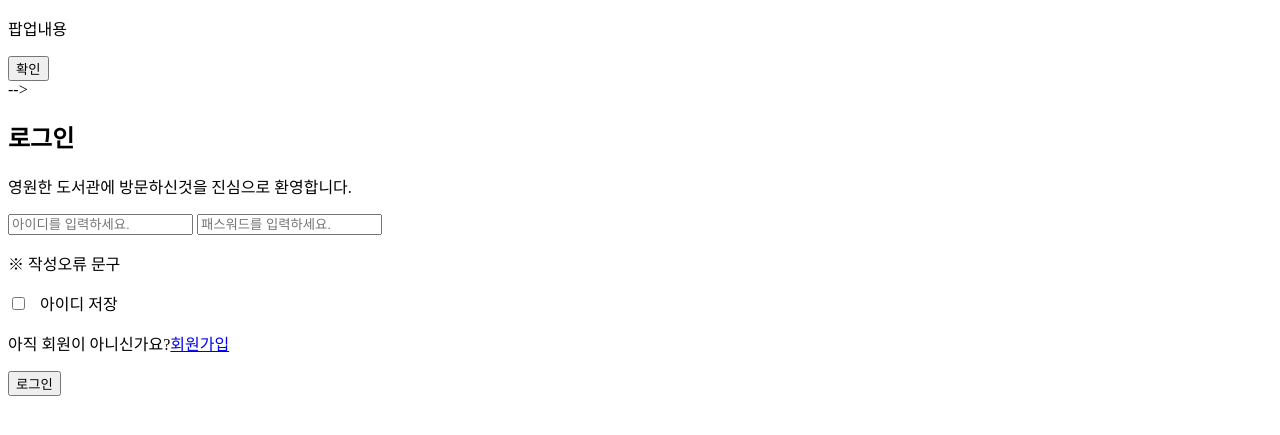
Repository: PacJ/spring_project
Page: http://localhost/spring_project/WEB-INF/views/user/login.jsp
An editor plug-in stored every save of this project. The page is shown before and after a run of saves, followed by the edit.
The browser window is 1280 px wide. The pictures show the whole page.
The page is served by Tomcat 9. Nobody is signed in. The template is opened directly, without the code that normally fills it, so the values that code supplies are empty.

Above is the page before, as saved 2023-03-07 04:21:57.

After the next 2 saves:
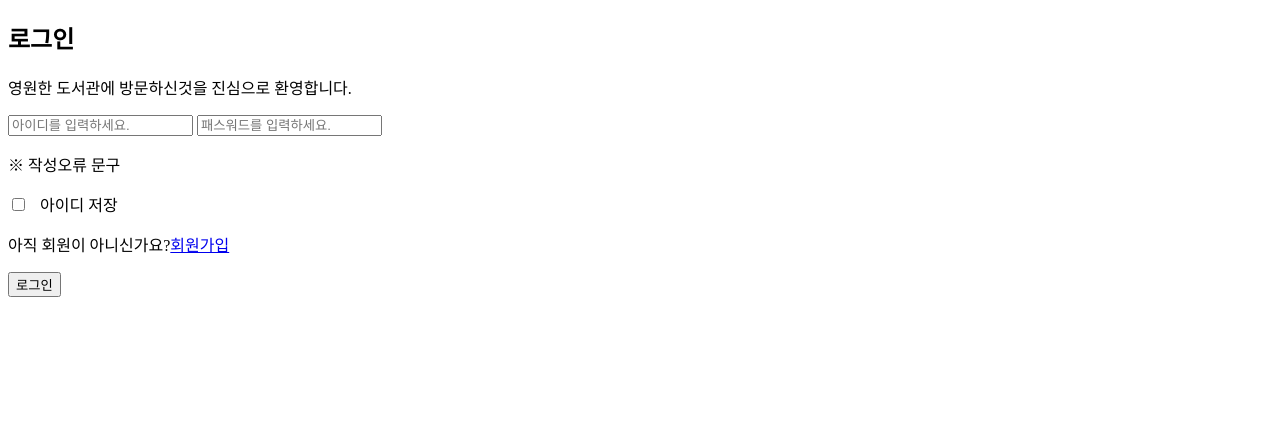
The 2 saves are shown as one change because they came seconds apart.
The last was saved 9 s later.
--- a/spring_project/src/main/webapp/WEB-INF/views/user/login.jsp
+++ b/spring_project/src/main/webapp/WEB-INF/views/user/login.jsp
@@ -1,8 +1,9 @@
 <%@ page language="java" contentType="text/html; charset=UTF-8"
     pageEncoding="UTF-8"%>
 <!DOCTYPE html>
-<!-- 	<!-- 공통팝업 -->
-    <section class="popup_back">
+
+	<!-- 공통팝업 -->
+<!--     <section class="popup_back">
         <article class="popup">
             <p>팝업내용</p>
             <button>확인</button>
